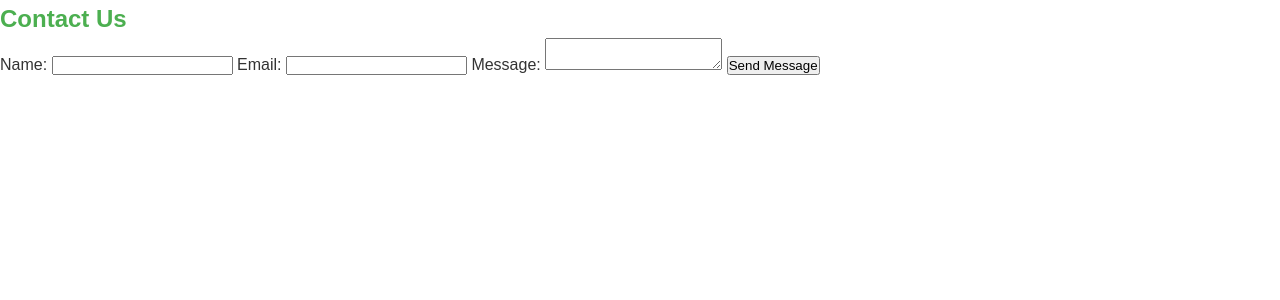
Repository: Rutuja-g/E-Cycle-Hub
Page: public/contact.html
These files come from the project's save history. The page is drawn as it stood at one moment and after the next save; the edit follows.
The browser window is 1280 px wide. The pictures show the whole page.

Above is the page before, as saved 2025-10-23 17:29:43.

### public/contact.html
<!DOCTYPE html>
<html lang="en">
  <head>
    <meta charset="UTF-8" />
    <meta name="viewport" content="width=device-width, initial-scale=1.0" />
    <title>Contact Us - E-Cycle Hub</title>
    <link rel="icon" href="favicon.ico" type="image/x-icon" />
    <link rel="stylesheet" href="css/reset.css" />
    <link rel="stylesheet" href="css/variables.css" />
    <link rel="stylesheet" href="css/main.css" />
  </head>
  <body>
    <header>
      <!-- Include header component here -->
    </header>

    <main>
      <section class="contact">
        <h1>Contact Us</h1>
        <form id="contact-form">
          <label for="name">Name:</label>
          <input type="text" id="name" name="name" required />

          <label for="email">Email:</label>
          <input type="email" id="email" name="email" required />

          <label for="message">Message:</label>
          <textarea id="message" name="message" required></textarea>

          <button type="submit">Send Message</button>
        </form>
      </section>
    </main>

    <footer>
      <!-- Include footer component here -->
    </footer>

    <script src="js/main.js"></script>
  </body>
</html>

### public/css/reset.css
html
/* CSS Reset */
* {
    margin: 0;
    padding: 0;
    box-sizing: border-box;
}

html, body {
    height: 100%;
    font-family: Arial, sans-serif;
}

img {
    max-width: 100%;
    height: auto;
}

a {
    text-decoration: none;
    color: inherit;
}

ul {
    list-style: none;
}

button {
    cursor: pointer;
}

### public/css/variables.css
:root {
    --primary-color: #4CAF50; /* Green */
    --secondary-color: #FF5722; /* Deep Orange */
    --background-color: #F5F5F5; /* Light Grey */
    --text-color: #333; /* Dark Text */
    --font-family: 'Arial', sans-serif; /* Default Font */
    --font-size-base: 16px; /* Base Font Size */
    --font-size-large: 1.25rem; /* Large Font Size */
    --font-size-small: 0.875rem; /* Small Font Size */
    --border-radius: 5px; /* Border Radius for Buttons */
    --box-shadow: 0 2px 5px rgba(0, 0, 0, 0.1); /* Box Shadow */
}

### public/css/main.css
/* Main styles for E-Cycle Hub */

/* Reset some default styles */
body {
  margin: 0;
  font-family: var(--font-family, Arial, sans-serif);
  line-height: 1.6;
  color: var(--text-color, #333);
}

h1,
h2,
h3,
h4,
h5,
h6 {
  margin: 0;
  color: var(--primary-color, #4caf50);
}

a {
  text-decoration: none;
  color: var(--link-color, #4caf50);
  transition: color 0.3s ease;
}

a:hover {
  color: var(--link-hover-color, #388e3c);
}

/* Layout styles */
.container {
  width: 90%;
  max-width: 1200px;
  margin: auto;
}

/* Navbar styles */
nav {
  display: flex;
  justify-content: space-between;
  align-items: center;
  padding: 0 20px;
}

.logo a {
  font-size: 1.5em;
  font-weight: bold;
}

.nav-links {
  list-style: none;
  display: flex;
  gap: 20px;
}

.nav-links li a {
  padding: 10px;
  transition: background 0.3s;
}

.nav-links li a:hover {
  background: rgba(76, 175, 80, 0.1);
  border-radius: 5px;
}

.header,
.footer {
  background: var(--header-footer-bg, #f8f8f8);
  padding: 20px 0;
}

.header {
  position: sticky;
  top: 0;
  z-index: 1000;
}

.main-content {
  padding: 20px 0;
}

/* Hero section styles */
.hero {
  position: relative;
  display: flex;
  align-items: center;
  justify-content: center;
  min-height: 400px;
  overflow: hidden;
}

.hero-banner {
  position: absolute;
  top: 0;
  left: 0;
  width: 100%;
  height: 100%;
  object-fit: cover;
  z-index: -1;
}

.hero-content {
  text-align: center;
  color: white;
  background: rgba(0, 0, 0, 0.5);
  padding: 20px;
  border-radius: 8px;
}

.hero h1 {
  font-size: 2.5em;
  margin-bottom: 10px;
}

.hero p {
  font-size: 1.2em;
  margin-bottom: 20px;
}

.btn {
  display: inline-block;
  padding: 10px 20px;
  background: var(--primary-color, #4caf50);
  color: white;
  border-radius: 5px;
  transition: background 0.3s ease, transform 0.2s ease;
}

.btn:hover {
  background: var(--hover-color, #388e3c);
  transform: translateY(-2px);
}

/* Responsive styles */
@media (max-width: 768px) {
  .container {
    width: 95%;
  }

  .header,
  .footer {
    padding: 15px 0;
  }

  .hero {
    min-height: 300px;
  }

  .hero h1 {
    font-size: 2em;
  }

  .hero p {
    font-size: 1em;
  }
}

@media (max-width: 480px) {
  .hero {
    flex-direction: column;
    text-align: center;
  }

  .hero-content {
    padding: 15px;
  }

  .hero h1 {
    font-size: 1.8em;
  }

  .hero p {
    font-size: 0.9em;
  }

  /* Navbar responsive */
  .nav-links {
    display: none;
  }

  /* Footer responsive */
  .footer-content {
    flex-direction: column;
    text-align: center;
  }

  .footer-links ul {
    flex-direction: column;
    gap: 10px;
  }

  /* Grid responsive */
  .grid--featured {
    grid-template-columns: repeat(auto-fit, minmax(200px, 1fr));
  }
}

/* Product card styles (updated for .card class used by main.js) */
.card {
  border: 1px solid #ddd;
  border-radius: 8px;
  padding: 15px;
  margin: 10px;
  text-align: center;
  background: white;
  box-shadow: 0 2px 5px rgba(0, 0, 0, 0.1);
  transition: transform 0.3s ease, box-shadow 0.3s ease;
}

.card:hover {
  transform: translateY(-5px);
  box-shadow: 0 4px 10px rgba(0, 0, 0, 0.2);
}

.card img {
  max-width: 100%;
  height: auto;
  border-radius: 5px;
}

.card .card-title {
  margin: 10px 0;
  font-size: 1.2em;
}

.card .price {
  color: var(--price-color, #e91e63);
  font-weight: bold;
  font-size: 1.1em;
}

.card .btn {
  margin-top: 10px;
}

/* Featured products grid */
.grid--featured {
  display: grid;
  grid-template-columns: repeat(auto-fit, minmax(250px, 1fr));
  gap: 20px;
  padding: 20px 0;
}

/* Cart styles */
.cart-item {
  display: flex;
  justify-content: space-between;
  padding: 10px 0;
  border-bottom: 1px solid #ddd;
}

.cart-item img {
  width: 50px;
  height: auto;
}

.cart-total {
  font-weight: bold;
  font-size: 1.2em;
}

/* Checkout styles */
.checkout-form {
  display: flex;
  flex-direction: column;
}

.checkout-form input,
.checkout-form button {
  margin: 10px 0;
  padding: 10px;
  border: 1px solid #ddd;
  border-radius: 5px;
}

.checkout-form button {
  background: var(--primary-color, #4caf50);
  color: white;
  cursor: pointer;
}

.checkout-form button:hover {
  background: var(--hover-color, #388e3c);
}

/* Product details styles */
.product-details {
  max-width: 1200px;
  margin: 0 auto;
  padding: 20px;
  display: flex;
  flex-direction: column;
  gap: 20px;
}

.back-link {
  color: var(--primary-color, #4caf50);
  font-weight: bold;
  margin-bottom: 20px;
  display: inline-block;
}

.back-link:hover {
  color: var(--link-hover-color, #388e3c);
}

.product-image {
  flex: 1;
  max-width: 600px;
  margin: 0 auto;
}

.product-image img {
  width: 100%;
  height: auto;
  border-radius: 8px;
  box-shadow: 0 4px 10px rgba(0, 0, 0, 0.1);
}

.product-info {
  flex: 1;
  padding: 20px;
  background: white;
  border-radius: 8px;
  box-shadow: 0 2px 5px rgba(0, 0, 0, 0.1);
}

.product-info h1 {
  font-size: 2em;
  margin-bottom: 10px;
}

.product-price {
  font-size: 1.5em;
  color: var(--price-color, #e91e63);
  font-weight: bold;
  margin-bottom: 20px;
}

.product-info p {
  line-height: 1.6;
  margin-bottom: 20px;
}

.product-info .btn {
  margin-top: 20px;
}

/* Responsive for product details */
@media (max-width: 768px) {
  .product-details {
    flex-direction: column;
  }

  .product-image,
  .product-info {
    flex: none;
    width: 100%;
  }

  .product-info {
    padding: 15px;
  }

  .product-info h1 {
    font-size: 1.8em;
  }

  .product-price {
    font-size: 1.3em;
  }
}

/* Footer styles */
.footer {
  background: var(--header-footer-bg, #f8f8f8);
}

.footer-content {
  display: flex;
  justify-content: space-between;
  align-items: center;
  flex-wrap: wrap;
  gap: 20px;
}

.footer-logo h2 {
  margin: 0;
}

.footer-links ul {
  list-style: none;
  display: flex;
  gap: 15px;
}

.footer-links li a {
  color: var(--text-color, #333);
}

.footer-social a {
  margin: 0 5px;
  font-size: 1.5em;
  color: var(--primary-color, #4caf50);
}

.footer-bottom {
  text-align: center;
  margin-top: 20px;
  border-top: 1px solid #ddd;
  padding-top: 10px;
}

### public/js/main.js
// ...existing code...
/*
  main.js
  - Loads product data (localStorage -> products.json -> fallback)
  - Renders product cards into .grid--featured or .grid--shop
  - Injects simple search / category / sort controls and updates results instantly
  - Keeps products in localStorage under key 'ecycle_products' so admin UI can reuse them
*/

(function () {
  const STORAGE_KEY = "ecycle_products";
  const DEFAULT_MAX_FEATURED = 6;
  let products = [];
  let filtered = [];

  // small debounce helper
  function debounce(fn, wait = 180) {
    let t;
    return (...args) => {
      clearTimeout(t);
      t = setTimeout(() => fn(...args), wait);
    };
  }

  // Load products: priority -> localStorage -> products.json -> fallback
  async function loadProducts() {
    const ls = localStorage.getItem(STORAGE_KEY);
    if (ls) {
      try {
        products = JSON.parse(ls);
        return products;
      } catch (e) {
        console.warn(
          "Failed to parse products from localStorage, ignoring.",
          e
        );
      }
    }

    // try fetch products.json (relative to this script location / same folder as index)
    try {
      const resp = await fetch("assets/data/products.json", {
        cache: "no-store",
      });
      if (resp.ok) {
        const data = await resp.json();
        if (Array.isArray(data) && data.length) {
          products = data;
          saveProducts();
          return products;
        }
      } else {
        console.warn("Failed to fetch products.json: HTTP", resp.status);
      }
    } catch (e) {
      console.error("Error loading products.json:", e);
      // fetch failed — ignore and use fallback
    }

    // fallback mock data
    products = [
      {
        id: 1,
        name: "Urban Commuter",
        price: 1199,
        category: "Commuter",
        image: "img/bike1.jpg",
        description: "Lightweight e-bike optimized for city rides.",
      },
      {
        id: 2,
        name: "Trail Explorer",
        price: 1599,
        category: "Mountain",
        image: "img/bike2.jpg",
        description: "Robust suspension and long-range battery.",
      },
      {
        id: 3,
        name: "Folding City",
        price: 999,
        category: "Folding",
        image: "img/bike3.jpg",
        description: "Compact folding e-bike for easy storage.",
      },
      {
        id: 4,
        name: "Cargo Pro",
        price: 2099,
        category: "Cargo",
        image: "img/bike4.jpg",
        description: "High-capacity cargo e-bike for heavy loads.",
      },
      {
        id: 5,
        name: "Sport Racer",
        price: 1799,
        category: "Road",
        image: "img/bike5.jpg",
        description: "Fast and agile e-bike for sporty rides.",
      },
      {
        id: 6,
        name: "All-Terrain",
        price: 1449,
        category: "Hybrid",
        image: "img/bike6.jpg",
        description: "Versatile e-bike for mixed terrains.",
      },
    ];
    saveProducts();
    return products;
  }

  function saveProducts() {
    try {
      localStorage.setItem(STORAGE_KEY, JSON.stringify(products));
    } catch (e) {
      console.warn("Unable to save products to localStorage", e);
    }
  }

  // Build controls (search, category, sort) and insert before the grid if grid exists
  function buildControls(gridEl) {
    // avoid duplicating controls
    if (document.getElementById("products-controls")) return null;

    const wrapper = document.createElement("div");
    wrapper.id = "products-controls";
    wrapper.className = "products-controls container";
    wrapper.innerHTML = `
      <div class="controls-inner" style="display:flex;gap:0.75rem;flex-wrap:wrap;align-items:center;margin:1rem 0;">
        <input id="searchInput" type="search" placeholder="Search bikes by name..." aria-label="Search bikes" style="flex:1;min-width:180px;padding:0.55rem 0.75rem;border-radius:8px;border:1px solid rgba(15,23,42,0.06);">
        <select id="categorySelect" aria-label="Filter by category" style="padding:0.55rem 0.6rem;border-radius:8px;border:1px solid rgba(15,23,42,0.06);">
          <option value="all">All Categories</option>
        </select>
        <select id="sortSelect" aria-label="Sort by" style="padding:0.55rem 0.6rem;border-radius:8px;border:1px solid rgba(15,23,42,0.06);">
          <option value="featured">Featured</option>
          <option value="price-asc">Price: Low → High</option>
          <option value="price-desc">Price: High → Low</option>
          <option value="popularity">Popularity</option>
        </select>
      </div>
    `;

    // insert before grid
    gridEl.parentNode.insertBefore(wrapper, gridEl);
    return wrapper;
  }

  // Get unique categories from products
  function getCategories(list) {
    const set = new Set();
    list.forEach((p) => {
      if (p.category) set.add(p.category);
    });
    return Array.from(set).sort();
  }

  // Render cards into the provided grid element
  function renderProducts(list, gridEl, limit = DEFAULT_MAX_FEATURED) {
    gridEl.innerHTML = "";
    const items = list.slice(0, limit);

    if (!items.length) {
      gridEl.innerHTML =
        '<p style="grid-column:1/-1;color:var(--muted)">No results found.</p>';
      return;
    }

    const fragment = document.createDocumentFragment();
    items.forEach((p) => {
      const article = document.createElement("article");
      article.className = "card";
      article.innerHTML = `
        <img src="${escapeAttr(
          p.image || "img/placeholder.png"
        )}" alt="${escapeAttr(p.name)}" loading="lazy"/>
        <div class="card-body">
          <div style="min-width:0">
            <h3 class="card-title">${escapeHtml(p.name)}</h3>
            <p class="price">$${Number(p.price).toLocaleString()}</p>
          </div>
          <div style="display:flex;align-items:center;gap:0.5rem;">
            <a class="btn ghost" href="product.html?id=${encodeURIComponent(
              p.id
            )}" aria-label="View details for ${escapeAttr(
        p.name
      )}">View Details</a>
          </div>
        </div>
      `;
      fragment.appendChild(article);
    });

    gridEl.appendChild(fragment);
  }

  // Simple escaping helpers
  function escapeHtml(s = "") {
    return String(s).replace(/[&<>"']/g, function (m) {
      return {
        "&": "&amp;",
        "<": "&lt;",
        ">": "&gt;",
        '"': "&quot;",
        "'": "&#39;",
      }[m];
    });
  }
  function escapeAttr(s = "") {
    return String(s).replace(/"/g, "&quot;");
  }

  // Apply filters based on control values
  function applyFilters(limit = DEFAULT_MAX_FEATURED) {
    const q = (document.getElementById("searchInput")?.value || "")
      .trim()
      .toLowerCase();
    const category = document.getElementById("categorySelect")?.value || "all";
    const sort = document.getElementById("sortSelect")?.value || "featured";

    filtered = products.filter((p) => {
      const matchesSearch =
        !q ||
        (p.name && p.name.toLowerCase().includes(q)) ||
        (p.description && p.description.toLowerCase().includes(q));
      const matchesCat = category === "all" || p.category === category;
      return matchesSearch && matchesCat;
    });

    if (sort === "price-asc") {
      filtered.sort((a, b) => a.price - b.price);
    } else if (sort === "price-desc") {
      filtered.sort((a, b) => b.price - a.price);
    } else if (sort === "popularity") {
      filtered.sort((a, b) => (b.popularity || 0) - (a.popularity || 0));
    } else {
      // keep original order (maybe featured first)
    }

    const grid =
      document.querySelector(".grid--featured") ||
      document.querySelector(".grid--shop");
    if (grid) renderProducts(filtered, grid, limit);
  }

  // Initialize UI: build controls and wire events
  function initUI() {
    const grid =
      document.querySelector(".grid--featured") ||
      document.querySelector(".grid--shop");
    if (!grid) return;

    const isShop = grid.classList.contains("grid--shop");
    const limit = isShop ? Infinity : DEFAULT_MAX_FEATURED;

    const controls = buildControls(grid);
    // populate categories
    const catSelect = document.getElementById("categorySelect");
    if (catSelect) {
      // clear existing non 'all' options
      const cats = getCategories(products);
      cats.forEach((cat) => {
        const opt = document.createElement("option");
        opt.value = cat;
        opt.textContent = cat;
        catSelect.appendChild(opt);
      });
    }

    // hook events
    const searchInput = document.getElementById("searchInput");
    const sortSelect = document.getElementById("sortSelect");

    const debouncedApply = debounce((limit) => applyFilters(limit), 160);

    if (searchInput)
      searchInput.addEventListener("input", () => debouncedApply(limit));
    if (catSelect)
      catSelect.addEventListener("change", () => applyFilters(limit));
    if (sortSelect)
      sortSelect.addEventListener("change", () => applyFilters(limit));

    // initial render
    applyFilters(limit);
  }

  // Small UI helpers: nav toggle and footer year (keeps previous behavior)
  function uiHelpers() {
    const navToggle = document.getElementById("navToggle");
    const navList = document.querySelector(".nav-list");
    navToggle &&
      navToggle.addEventListener("click", function () {
        navList.classList.toggle("show");
      });

    const yearEl = document.getElementById("year");
    if (yearEl) yearEl.textContent = new Date().getFullYear();
  }

  // entry point
  document.addEventListener("DOMContentLoaded", async function () {
    uiHelpers();
    await loadProducts(); // populates products and saves to localStorage if needed
    initUI();
  });
})();

### public/assets/data/products.json
[
  {
    "id": 1,
    "name": "EcoRide 3000",
    "price": 1200,
    "category": "Mountain",
    "image": "assets/images/ecoride3000.jfif",
    "description": "The EcoRide 3000 is a powerful electric mountain bike designed for off-road adventures. With a robust frame and high-capacity battery, it can tackle any terrain.",
    "popularity": 8
  },
  {
    "id": 2,
    "name": "City Cruiser",
    "price": 900,
    "category": "City",
    "image": "assets/images/citycruiser.jfif",
    "description": "The City Cruiser is perfect for urban commuting. Its lightweight design and smooth ride make it ideal for navigating city streets.",
    "popularity": 9
  },
  {
    "id": 3,
    "name": "Speedster Pro",
    "price": 1500,
    "category": "Road",
    "image": "assets/images/speedsterpro.jfif",
    "description": "The Speedster Pro is built for speed and performance. With advanced aerodynamics and a powerful motor, it's perfect for road racing.",
    "popularity": 7
  },
  {
    "id": 4,
    "name": "Family E-Bike",
    "price": 1100,
    "category": "Family",
    "image": "assets/images/familyebike.jfif",
    "description": "The Family E-Bike is designed for family outings. It features a sturdy frame and ample storage for all your essentials.",
    "popularity": 6
  },
  {
    "id": 5,
    "name": "Commuter X",
    "price": 950,
    "category": "Commuter",
    "image": "assets/images/commuterx.jpg",
    "description": "The Commuter X is an efficient electric bike for daily commuting. It offers a comfortable ride and easy handling.",
    "popularity": 10
  }
]

### public/js/contact.js
(function () {
  const MESSAGES_KEY = "contactMessages";

  function getMessages() {
    try {
      const raw = localStorage.getItem(MESSAGES_KEY);
      const messages = raw ? JSON.parse(raw) : [];
      if (!Array.isArray(messages)) {
        console.warn("Messages data is not an array, resetting to empty.");
        return [];
      }
      return messages;
    } catch (e) {
      console.error("Failed to parse messages from localStorage:", e);
      return [];
    }
  }

  function saveMessages(messages) {
    try {
      localStorage.setItem(MESSAGES_KEY, JSON.stringify(messages));
    } catch (e) {
      console.warn("Failed to save messages", e);
    }
  }

  function validateEmail(email) {
    const emailRegex = /^[^\s@]+@[^\s@]+\.[^\s@]+$/;
    return emailRegex.test(email);
  }

  function validateForm() {
    let isValid = true;
    const name = document.getElementById("name").value.trim();
    const email = document.getElementById("email").value.trim();
    const message = document.getElementById("message").value.trim();

    // Clear previous errors
    document.querySelectorAll(".error").forEach((el) => {
      el.textContent = "";
      el.style.display = "none";
    });

    if (!name) {
      showError("nameError", "Name is required.");
      isValid = false;
    }

    if (!email) {
      showError("emailError", "Email is required.");
      isValid = false;
    } else if (!validateEmail(email)) {
      showError("emailError", "Please enter a valid email address.");
      isValid = false;
    }

    if (!message) {
      showError("messageError", "Message is required.");
      isValid = false;
    }

    return isValid;
  }

  function showError(errorId, message) {
    const errorEl = document.getElementById(errorId);
    if (errorEl) {
      errorEl.textContent = message;
      errorEl.style.display = "block";
    }
  }

  function showSuccessPopup() {
    const popup = document.createElement("div");
    popup.className = "success-popup";
    popup.innerHTML = `
      <div class="popup-content">
        <h3>Message Sent!</h3>
        <p>Thank you for contacting us. We'll get back to you soon.</p>
        <button id="close-popup">OK</button>
      </div>
    `;
    document.body.appendChild(popup);

    document
      .getElementById("close-popup")
      .addEventListener("click", function () {
        popup.remove();
      });

    // Auto-remove after 5 seconds
    setTimeout(() => {
      if (popup.parentNode) {
        popup.remove();
      }
    }, 5000);
  }

  function handleFormSubmit(e) {
    e.preventDefault();

    if (!validateForm()) {
      return;
    }

    const name = document.getElementById("name").value.trim();
    const email = document.getElementById("email").value.trim();
    const message = document.getElementById("message").value.trim();

    const contactMessage = {
      id: Date.now(),
      name: name,
      email: email,
      message: message,
      date: new Date().toISOString(),
    };

    const messages = getMessages();
    messages.push(contactMessage);
    saveMessages(messages);

    // Clear form
    document.getElementById("contact-form").reset();

    // Show success popup
    showSuccessPopup();
  }

  document.addEventListener("DOMContentLoaded", function () {
    const form = document.getElementById("contact-form");
    if (form) {
      form.addEventListener("submit", handleFormSubmit);
    }
  });
})();

After the next save:
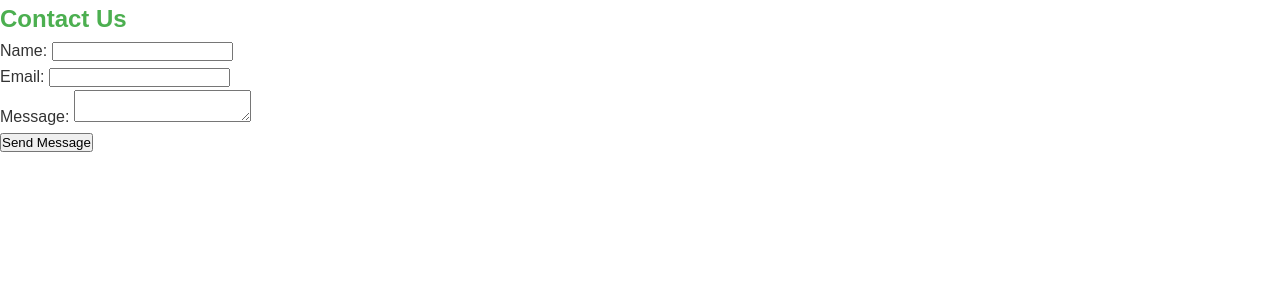
Saved 20 s later.
--- a/public/contact.html
+++ b/public/contact.html
@@ -20,12 +20,15 @@
         <form id="contact-form">
           <label for="name">Name:</label>
           <input type="text" id="name" name="name" required />
+          <div id="nameError" class="error"></div>
 
           <label for="email">Email:</label>
           <input type="email" id="email" name="email" required />
+          <div id="emailError" class="error"></div>
 
           <label for="message">Message:</label>
           <textarea id="message" name="message" required></textarea>
+          <div id="messageError" class="error"></div>
 
           <button type="submit">Send Message</button>
         </form>
@@ -37,5 +40,6 @@
     </footer>
 
     <script src="js/main.js"></script>
+    <script src="js/contact.js"></script>
   </body>
 </html>

After the save that followed:
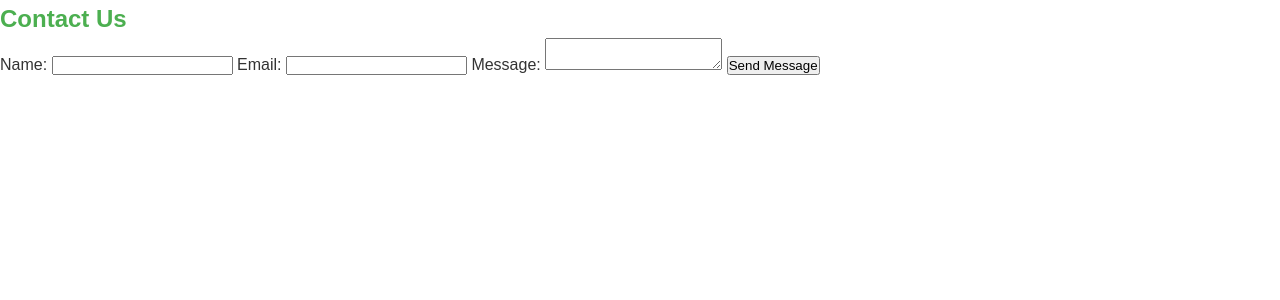
Saved 79 s later.
--- a/public/css/main.css
+++ b/public/css/main.css
@@ -411,3 +411,52 @@ nav {
   border-top: 1px solid #ddd;
   padding-top: 10px;
 }
+
+/* Add error styles */
+.error {
+  color: red;
+  font-size: 0.9em;
+  margin-top: 5px;
+  display: none;
+}
+
+/* Success popup styles */
+.success-popup {
+  position: fixed;
+  top: 0;
+  left: 0;
+  width: 100%;
+  height: 100%;
+  background-color: rgba(0, 0, 0, 0.5);
+  display: flex;
+  justify-content: center;
+  align-items: center;
+  z-index: 1000;
+}
+
+.popup-content {
+  background-color: white;
+  padding: 20px;
+  border-radius: 8px;
+  text-align: center;
+  box-shadow: 0 4px 6px rgba(0, 0, 0, 0.1);
+}
+
+.popup-content h3 {
+  margin-bottom: 10px;
+  color: var(--primary-color);
+}
+
+.popup-content button {
+  background-color: var(--primary-color);
+  color: white;
+  border: none;
+  padding: 10px 20px;
+  border-radius: 4px;
+  cursor: pointer;
+  margin-top: 15px;
+}
+
+.popup-content button:hover {
+  background-color: var(--primary-hover);
+}
